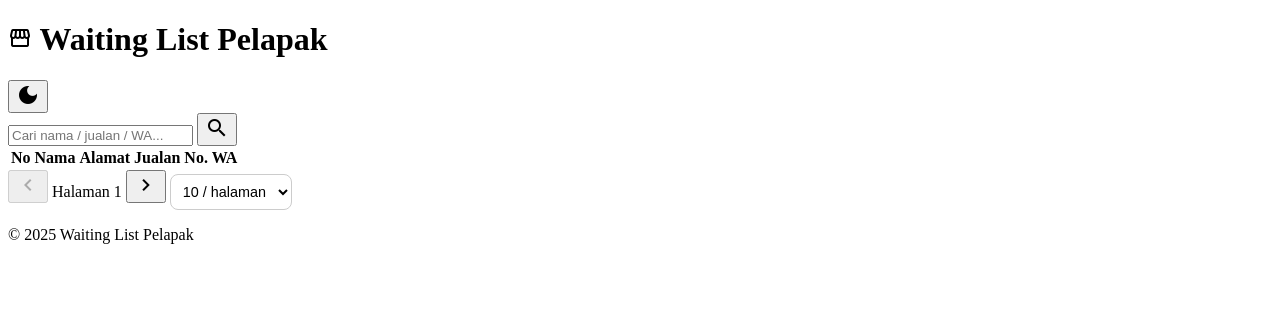
Repository: pasarrakyatbak/WaitingListforPanitia
Page: index.html
An editor plug-in stored every save of this project. The page is shown before and after the next save, followed by the edit.
The browser window is 1280 px wide. The pictures show the whole page.
The page's requests for data from a server got no answer.

Above is the page before, as saved 2025-09-25 14:56:34.

### index.html
<!DOCTYPE html>
<html lang="id">

<head>
    <meta charset="UTF-8">
    <meta name="viewport" content="width=device-width, initial-scale=1.0">
    <title>Waiting List Pelapak</title>
    <link rel="stylesheet" href="style.css">
    <!-- Google Fonts & Material Icons -->
    <link href="https://fonts.googleapis.com/css2?family=Roboto:wght@400;500;700&display=swap" rel="stylesheet">
    <link href="https://fonts.googleapis.com/icon?family=Material+Icons" rel="stylesheet">
</head>

<body>
    <header class="app-bar">
        <h1><span class="material-icons">storefront</span> Waiting List Pelapak</h1>
        <button id="darkToggle" class="dark-toggle">
            <span class="material-icons" id="darkIcon">dark_mode</span>
        </button>
    </header>

    <main class="container">
        <div class="search-bar">
            <input type="text" id="searchInput" placeholder="Cari nama / jualan / WA...">
            <button id="searchBtn"><span class="material-icons">search</span></button>
        </div>

        <div class="table-container">
            <table>
                <thead>
                    <tr>
                        <th>No</th>
                        <th>Nama</th>
                        <th>Alamat</th>
                        <th>Jualan</th>
                        <th>No. WA</th>
                    </tr>
                </thead>
                <tbody id="tableBody">
                    <!-- Data via JS -->
                </tbody>
            </table>
        </div>

        <div class="pagination">
            <button id="prevBtn" disabled><span class="material-icons">chevron_left</span></button>
            <span id="pageInfo">Halaman 1</span>
            <button id="nextBtn"><span class="material-icons">chevron_right</span></button>

            <!-- Dropdown limit -->
            <select id="limitSelect">
                <option value="10">10 / halaman</option>
                <option value="20">20 / halaman</option>
                <option value="50">50 / halaman</option>
            </select>
        </div>
    </main>

    <footer class="footer">
        <p>© 2025 Waiting List Pelapak</p>
    </footer>

    <script src="script.js"></script>
</body>

</html>

### style.css
/* Tambahan untuk dropdown */
#limitSelect {
    padding: 0.5rem;
    border-radius: 8px;
    border: 1px solid #ccc;
    background: white;
    font-size: 0.9rem;
    cursor: pointer;
    transition: background 0.3s, color 0.3s, border 0.3s;
}

/* Dark mode untuk dropdown */
body.dark #limitSelect {
    background: #1e1e1e;
    color: #eee;
    border: 1px solid #444;
}

### script.js
// Ganti URL_API dengan Web App Google Apps Script kamu
const URL_API = "https://script.google.com/macros/s/AKfycby4z2qZ24SrJkcyGpybH29lSUC_3_z1LG-7wSmTzpaOEXrwjXf0Cl3hqkg95qAxPj1-/exec";

let currentPage = 1;
let limit = localStorage.getItem("limit") || 10;
let currentKeyword = "";

// Ambil data awal
document.addEventListener("DOMContentLoaded", () => {
    // Set dropdown sesuai limit tersimpan
    document.getElementById("limitSelect").value = limit;

    loadData();

    document.getElementById("searchBtn").addEventListener("click", () => {
        currentKeyword = document.getElementById("searchInput").value;
        currentPage = 1;
        loadData();
    });

    document.getElementById("prevBtn").addEventListener("click", () => {
        if (currentPage > 1) {
            currentPage--;
            loadData();
        }
    });

    document.getElementById("nextBtn").addEventListener("click", () => {
        currentPage++;
        loadData();
    });

    // Ubah limit data per halaman
    document.getElementById("limitSelect").addEventListener("change", (e) => {
        limit = e.target.value;
        localStorage.setItem("limit", limit);
        currentPage = 1;
        loadData();
    });

    // Dark mode toggle
    const darkToggle = document.getElementById("darkToggle");
    const darkIcon = document.getElementById("darkIcon");
    darkToggle.addEventListener("click", () => {
        document.body.classList.toggle("dark");
        if (document.body.classList.contains("dark")) {
            darkIcon.textContent = "light_mode";
            localStorage.setItem("theme", "dark");
        } else {
            darkIcon.textContent = "dark_mode";
            localStorage.setItem("theme", "light");
        }
    });

    // Load saved theme
    if (localStorage.getItem("theme") === "dark") {
        document.body.classList.add("dark");
        darkIcon.textContent = "light_mode";
    }
});

async function loadData() {
    let url;
    if (currentKeyword) {
        url = `${URL_API}?action=searchWaitingList&keyword=${encodeURIComponent(currentKeyword)}&page=${currentPage}&limit=${limit}`;
    } else {
        url = `${URL_API}?action=waitingList&page=${currentPage}&limit=${limit}`;
    }

    try {
        const res = await fetch(url);
        const json = await res.json();

        renderTable(json.data);
        updatePagination(json.page, json.totalPages);
    } catch (err) {
        console.error("Error fetch data:", err);
    }
}

function renderTable(data) {
    const tbody = document.getElementById("tableBody");
    tbody.innerHTML = "";

    if (!data || data.length === 0) {
        tbody.innerHTML = `<tr><td colspan="5" style="text-align:center;">Tidak ada data</td></tr>`;
        return;
    }

    data.forEach(item => {
        const row = `
      <tr>
        <td>${item.no}</td>
        <td>${item.nama}</td>
        <td>${item.alamat}</td>
        <td>${item.jualan}</td>
        <td><a href="https://wa.me/${item.nomor_wa}" target="_blank">${item.nomor_wa}</a></td>
      </tr>
    `;
        tbody.innerHTML += row;
    });
}

function updatePagination(page, totalPages) {
    document.getElementById("pageInfo").textContent = `Halaman ${page} dari ${totalPages}`;
    document.getElementById("prevBtn").disabled = page <= 1;
    document.getElementById("nextBtn").disabled = page >= totalPages;
}

After the next save:
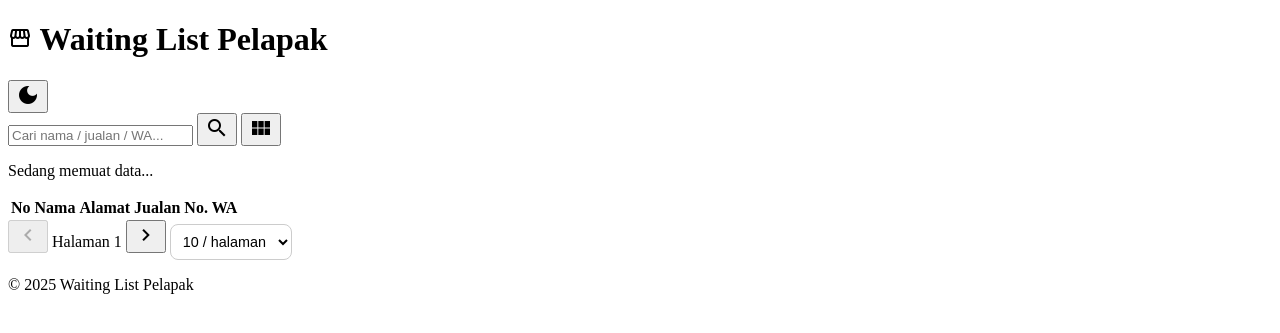
Saved 3 min 36 s later.
--- a/index.html
+++ b/index.html
@@ -6,12 +6,14 @@
     <meta name="viewport" content="width=device-width, initial-scale=1.0">
     <title>Waiting List Pelapak</title>
     <link rel="stylesheet" href="style.css">
+
     <!-- Google Fonts & Material Icons -->
     <link href="https://fonts.googleapis.com/css2?family=Roboto:wght@400;500;700&display=swap" rel="stylesheet">
     <link href="https://fonts.googleapis.com/icon?family=Material+Icons" rel="stylesheet">
 </head>
 
 <body>
+    <!-- Header -->
     <header class="app-bar">
         <h1><span class="material-icons">storefront</span> Waiting List Pelapak</h1>
         <button id="darkToggle" class="dark-toggle">
@@ -19,13 +21,23 @@
         </button>
     </header>
 
+    <!-- Main -->
     <main class="container">
+        <!-- Search -->
         <div class="search-bar">
             <input type="text" id="searchInput" placeholder="Cari nama / jualan / WA...">
-            <button id="searchBtn"><span class="material-icons">search</span></button>
+            <button id="searchBtn" class="btn-primary"><span class="material-icons">search</span></button>
+            <button id="toggleViewBtn" class="btn-secondary">
+                <span class="material-icons">view_module</span>
+            </button>
         </div>
 
-        <div class="table-container">
+        <!-- Table View -->
+        <div class="table-container" id="tableView">
+            <div id="loadingSpinner" class="spinner hidden">
+                <div class="loader"></div>
+                <p>Sedang memuat data...</p>
+            </div>
             <table>
                 <thead>
                     <tr>
@@ -42,12 +54,17 @@
             </table>
         </div>
 
+        <!-- Card View -->
+        <div class="card-container hidden" id="cardView">
+            <!-- Data via JS -->
+        </div>
+
+        <!-- Pagination -->
         <div class="pagination">
-            <button id="prevBtn" disabled><span class="material-icons">chevron_left</span></button>
+            <button id="prevBtn" class="btn-icon" disabled><span class="material-icons">chevron_left</span></button>
             <span id="pageInfo">Halaman 1</span>
-            <button id="nextBtn"><span class="material-icons">chevron_right</span></button>
+            <button id="nextBtn" class="btn-icon"><span class="material-icons">chevron_right</span></button>
 
-            <!-- Dropdown limit -->
             <select id="limitSelect">
                 <option value="10">10 / halaman</option>
                 <option value="20">20 / halaman</option>
@@ -56,6 +73,7 @@
         </div>
     </main>
 
+    <!-- Footer -->
     <footer class="footer">
         <p>© 2025 Waiting List Pelapak</p>
     </footer>
